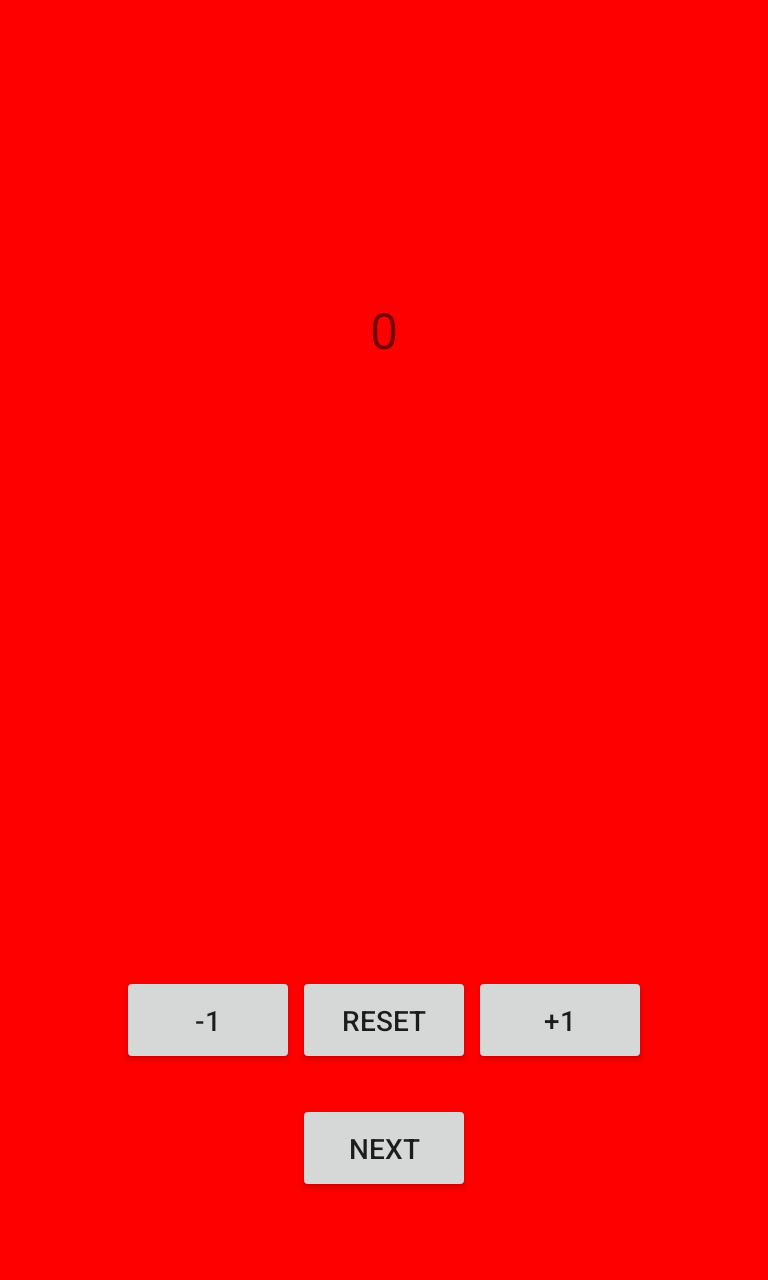
Repository: deltap1/iD-Tech-Repo
Layout: IDTechProject/res/layout/activity_main.xml
An editor plug-in stored every save of this project. The layout is shown before and after the next save, followed by the edit.
It is drawn on a 768 x 1280 px phone screen (xhdpi) without system bars, with theme AppTheme; the app's code is not run.

Above is the layout before, as saved 2014-07-08 19:24:01.

### IDTechProject/res/layout/activity_main.xml
<RelativeLayout xmlns:android="http://schemas.android.com/apk/res/android"
    xmlns:tools="http://schemas.android.com/tools"
    android:layout_width="match_parent"
    android:layout_height="match_parent"
    android:paddingBottom="@dimen/activity_vertical_margin"
    android:paddingLeft="@dimen/activity_horizontal_margin"
    android:paddingRight="@dimen/activity_horizontal_margin"
    android:paddingTop="@dimen/activity_vertical_margin"
    tools:context="com.masonl.idtechproject.MainActivity"
    android:background="#FF0000" >

    <TextView
        android:id="@+id/textView1"
        android:layout_width="wrap_content"
        android:layout_height="wrap_content"
        android:layout_alignParentTop="true"
        android:layout_centerHorizontal="true"
        android:layout_marginTop="132dp"
        android:text="0"
        android:textSize="25sp" />

    <Button
        android:id="@+id/button2"
        android:layout_width="wrap_content"
        android:layout_height="wrap_content"
        android:layout_alignBaseline="@+id/button1"
        android:layout_alignBottom="@+id/button1"
        android:layout_toLeftOf="@+id/button1"
        android:text="-1" />

    <Button
        android:id="@+id/button3"
        android:layout_width="wrap_content"
        android:layout_height="wrap_content"
        android:layout_alignBaseline="@+id/button1"
        android:layout_alignBottom="@+id/button1"
        android:layout_toRightOf="@+id/button1"
        android:text="+1" />

    <Button
        android:id="@+id/button1"
        android:layout_width="wrap_content"
        android:layout_height="wrap_content"
        android:layout_alignParentBottom="true"
        android:layout_centerHorizontal="true"
        android:layout_marginBottom="90dp"
        android:text="Reset" />

    <Button
        android:id="@+id/button4"
        android:layout_width="wrap_content"
        android:layout_height="wrap_content"
        android:layout_alignParentBottom="true"
        android:layout_marginBottom="26dp"
        android:layout_toLeftOf="@+id/button3"
        android:text="Next" />

</RelativeLayout>

Loaded but not shown: IDTechProject/res/values/styles.xml (common file); IDTechProject/res/values-v11/styles.xml (common file); IDTechProject/res/values-v14/styles.xml (common file); IDTechProject/res/values/dimens.xml (common file); IDTechProject/res/values-w820dp/dimens.xml (common file)

After the next save:
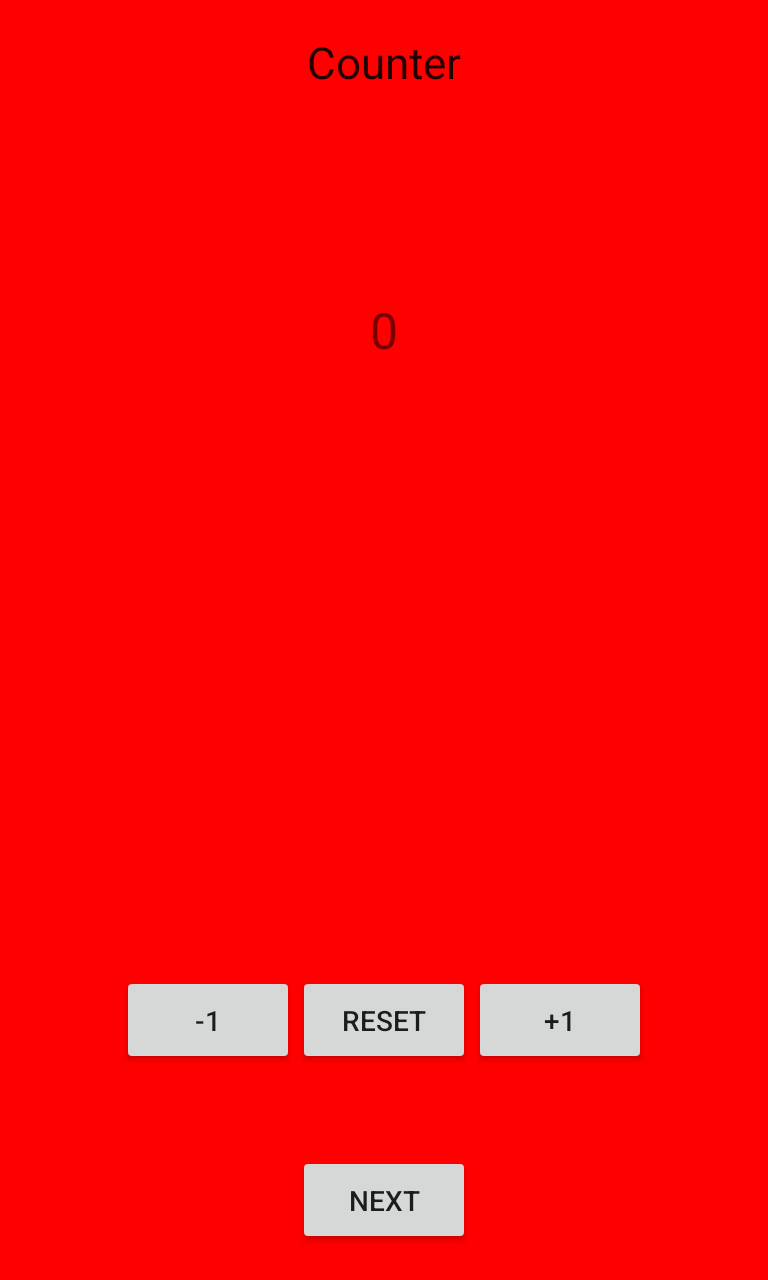
Saved 45 s later.
--- a/IDTechProject/res/layout/activity_main.xml
+++ b/IDTechProject/res/layout/activity_main.xml
@@ -51,8 +51,16 @@
         android:layout_width="wrap_content"
         android:layout_height="wrap_content"
         android:layout_alignParentBottom="true"
-        android:layout_marginBottom="26dp"
-        android:layout_toLeftOf="@+id/button3"
+        android:layout_centerHorizontal="true"
         android:text="Next" />
 
+    <TextView
+        android:id="@+id/textView2"
+        android:layout_width="wrap_content"
+        android:layout_height="wrap_content"
+        android:layout_alignParentTop="true"
+        android:layout_centerHorizontal="true"
+        android:text="Counter"
+        android:textAppearance="?android:attr/textAppearanceLarge" />
+
 </RelativeLayout>
